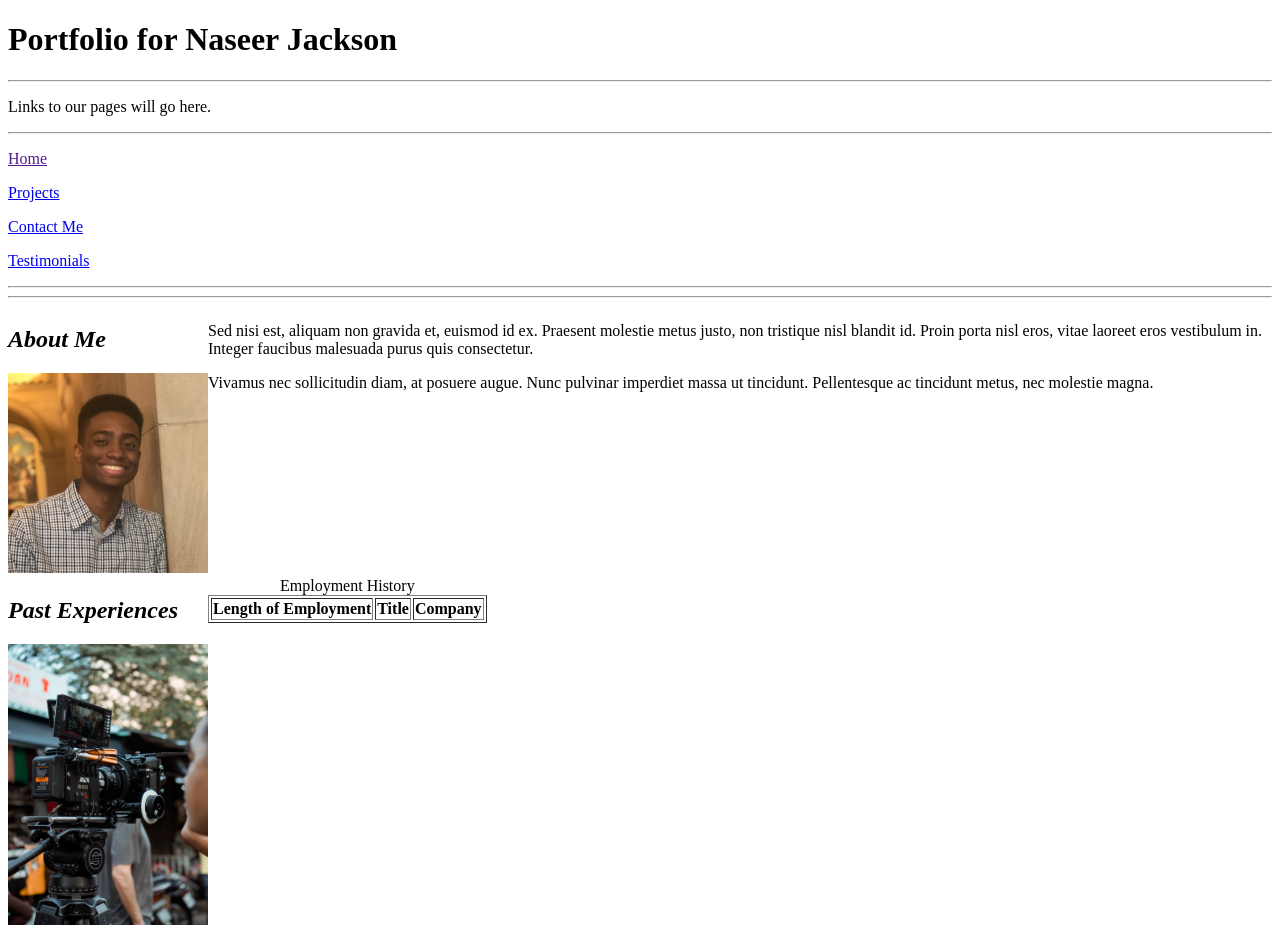
Repository: nj10deadend/Mthree-Intro-to-WebDev
Page: classwork/portfolio/index.html
These files come from the project's save history. The page is drawn as it stood at one moment and after the next save; the edit follows.
The browser window is 1280 px wide. The pictures show the part of the page from y = 0 to 925 px (the page is 1236 px tall).
A picture or video elsewhere on the page could not be fetched, so the positions and the page height are approximate.

Above is the page before, as saved 2021-12-01 10:01:26.

### classwork/portfolio/index.html
<!DOCTYPE html>

<!--
    Name: Naseer Jackson
    Date Created: 11/30/2021
    Most recent revision:
-->
<html lang="en">
<head>
    <meta charset="UTF-8">
    <meta http-equiv="X-UA-Compatible" content="IE=edge">
    <meta name="viewport" content="width=device-width, initial-scale=1.0">
    <link rel="stylesheet" href="styles/styles.css">
    <title>Naseer's Portfolio</title>
</head>
<body>

    <header>

        <h1>Portfolio for Naseer Jackson</h1>

    </header>

    <hr>
        <!-- We need to add links to projects.html, contact.html, and testimonials.html -->
    <p>Links to our pages will go here.</p>

    <!-- <nav>
        Projects
        Contact Me
        Testimonials
    </nav> -->

    <nav> <!-- The nav element will include navigation buttons or links -->
        <hr>
        <p><a href="">Home</a></p>
        <p><a href="projects.html">Projects</a></p>
        <p><a href="contact.html">Contact Me</a></p>
        <p><a href="testimonials.html">Testimonials</a></p>
        <hr>
    </nav>
    <hr>

    <section>
        <article id="about-me">

            <div>

                <h2><em>About Me</em></h2>
                <img class="images" src="images/Profile pic.jpg" alt="Profile pic"/>
            </div>

            <div>
                <p>Sed nisi est, aliquam non gravida et, euismod id ex. Praesent molestie metus justo, non tristique nisl blandit id. Proin porta nisl eros, vitae laoreet eros vestibulum in. Integer faucibus malesuada purus quis consectetur.</p>
                <p>Vivamus nec sollicitudin diam, at posuere augue. Nunc pulvinar imperdiet massa ut tincidunt. Pellentesque ac tincidunt metus, nec molestie magna.</p>

            </div>


        </article>

        <article id="past-experiences">

            <div>
                <h2><em>Past Experiences</em></h2>
                <img class="images" src="images/film set.jpg" alt="Film set"/>

            </div>

            <div>

                <table border="1">
                    <caption>Employment History</caption>
                    <th>Length of Employment</th>
                    <th>Title</th>
                    <th>Company</th>

                </table>

                <!-- <p>Pellentesque venenatis ligula vel sem porttitor vehicula. Fusce lectus nibh, sollicitudin ac turpis id, aliquet sodales tellus. Vivamus scelerisque varius augue, a consequat dui efficitur sodales. Maecenas sed leo varius, fringilla magna in, semper est. Aliquam non elit quis nisi ornare volutpat sed id felis.</p>
                <p>Aliquam semper urna in neque imperdiet, vel interdum sapien luctus. Morbi neque purus, volutpat eu odio at, varius malesuada purus. Sed nec auctor sem.</p> -->
            </div>



        </article>

        <article id="Hobbies">

            <div>
                <h2><em>Hobbies</em></h2>
                <img class="images" src="https://static.kvraudio.com/i/b/flstudio20_produceredition_windows.jpg" alt="FL Studio"/>

            </div>

            <div>

                <p>Proin posuere feugiat odio, in euismod enim scelerisque sit amet. Sed non volutpat nunc. Suspendisse potenti. Aenean ut diam scelerisque justo tempus fermentum. Quisque porta leo non laoreet ullamcorper. Sed dapibus urna sit amet arcu commodo gravida. Morbi dictum libero dui. </p>
                <p>Fusce dignissim felis ultricies purus lobortis, non tristique urna ultrices. Curabitur ligula metus, mollis volutpat imperdiet eget, euismod ut purus. Lorem ipsum dolor sit amet, consectetur adipiscing elit. Sed finibus posuere sapien, id elementum ex mollis non.</p>
            </div>



        </article>

        <hr>

    </section>

    <footer>
        <hr>
        <p>&copy; 2020 Naseer Jackson. All rights reserved.</p>
    </footer>


</body>
</html>

### classwork/portfolio/styles/styles.css
article {
    position: relative;
    display: flex;
}

.images {
    /* max-width: 50%; */
    width: 200px;
    height: auto;
}

After the next save:
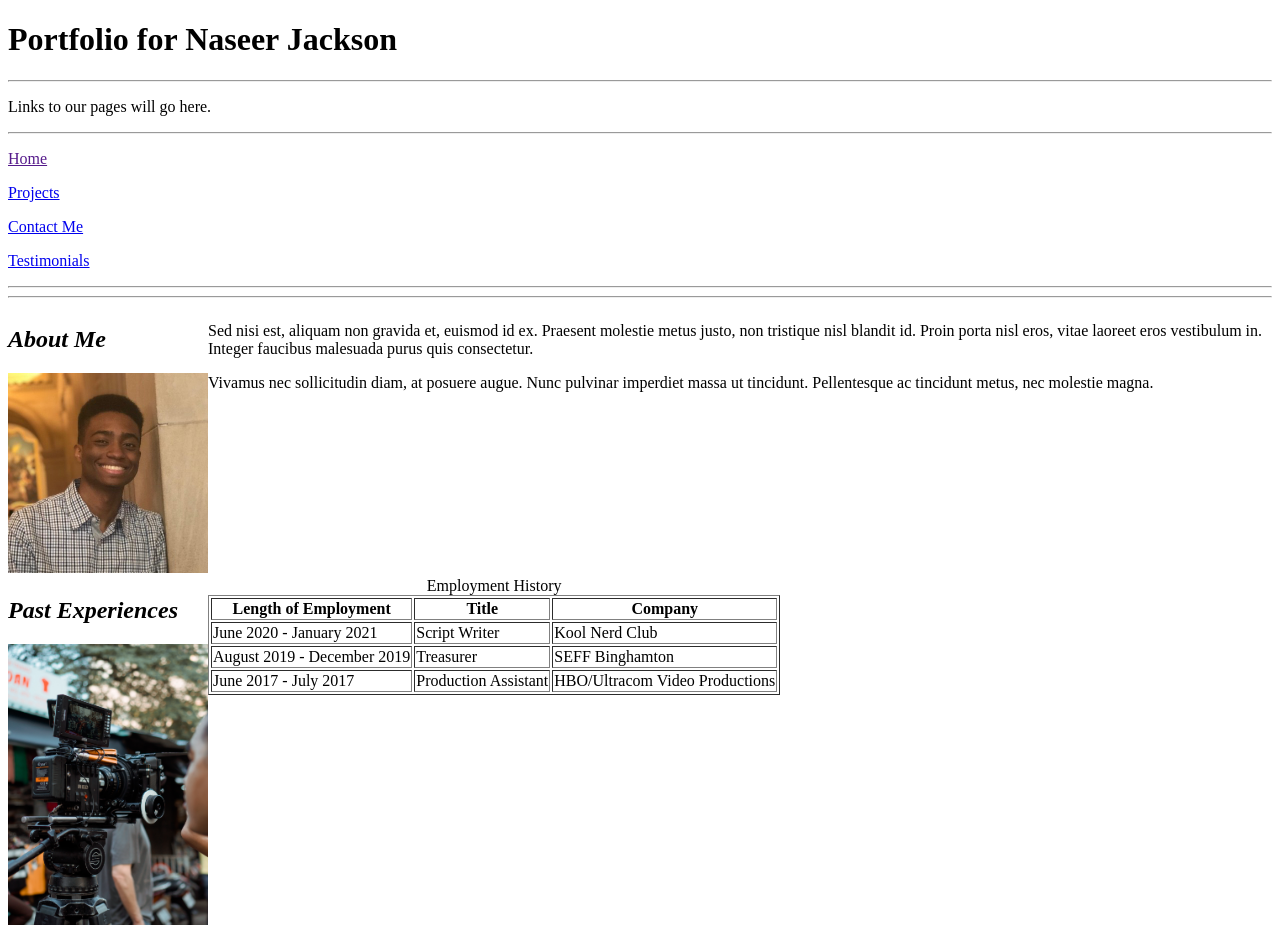
Saved 12 min 53 s later.
--- a/classwork/portfolio/index.html
+++ b/classwork/portfolio/index.html
@@ -71,9 +71,30 @@
 
                 <table border="1">
                     <caption>Employment History</caption>
-                    <th>Length of Employment</th>
-                    <th>Title</th>
-                    <th>Company</th>
+                    <tr>
+                        <th>Length of Employment</th>
+                        <th>Title</th>
+                        <th>Company</th>
+                    </tr>
+
+                    <tr>
+                        <td>June 2020 - January 2021</td>
+                        <td>Script Writer</td>
+                        <td>Kool Nerd Club</td>
+
+                    </tr>
+
+                    <tr>
+                        <td>August 2019 - December 2019</td>
+                        <td>Treasurer</td>
+                        <td>SEFF Binghamton</td>
+                    </tr>
+
+                    <tr>
+                        <td>June 2017 - July 2017</td>
+                        <td>Production Assistant</td>
+                        <td>HBO/Ultracom Video Productions</td>
+                    </tr>
 
                 </table>
 
